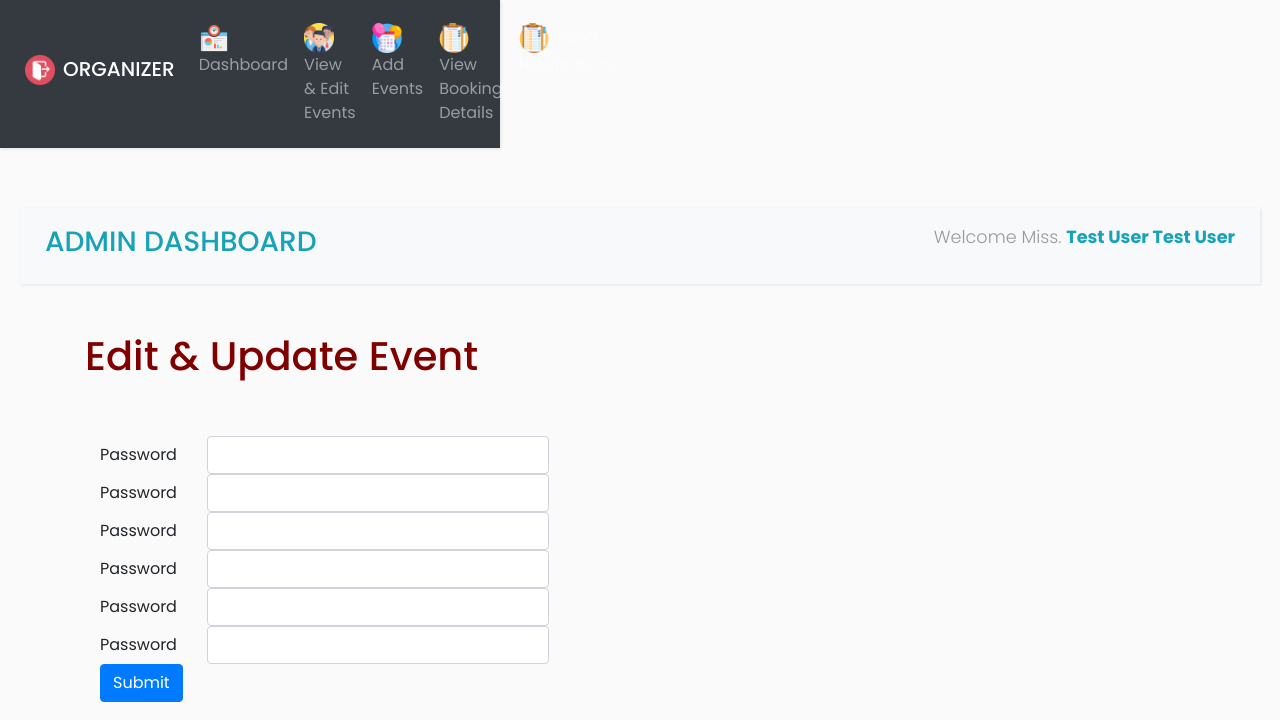
Repository: kalaprabhakar/Event_Management
Page: http://localhost/Event_Management_System/WEB-INF/pages/update_event.jsp
The author's editor kept a copy of each file at every save. The page is drawn from the files as they stood at one save, then again after the next save.
The browser window is 1280 px wide. The pictures show the whole page.
An inner scrolling area shows only its first screen. Some web libraries are served in a nearby version. The page is served by Tomcat 10. The session is filled in as if someone had signed in: {"Admin_firstname": "Test User", "Admin_lastname": "Test User", "Admin_email": "test@example.com", "Admin_phone": 1, "Admin_address": 1, "Admin_gender": 1, "Admin_id": 1, "Admin_role": "admin", "User_firstname": "Test User", "User_lastname": "Test User", "User_email": "test@example.com", "User_phone": 1, "User_address": 1, "User_gender": 1, "User_id": 1, "User_role": "admin"}. Other server files are loaded and not shown. The template is opened directly, without the code that normally fills it, so the values that code supplies are empty.

Above is the page before, as saved 2024-05-10 11:56:41.

### Hyscaler/Event_Management_System/src/main/webapp/WEB-INF/pages/update_event.jsp
<%@ taglib uri="http://java.sun.com/jsp/jstl/core" prefix="c"%>
<%
if (session.getAttribute("Admin_email") == null) {
	response.sendRedirect("/login");
} else {
%>
<jsp:include page="includes/header.jsp" />

<jsp:include page="includes/organizerNav.jsp" />

<style>
.card:hover {
	transform: scale(1.05);
	box-shadow: 0 10px 20px rgba(0, 0, 0, .12), 0 4px 8px rgba(0, 0, 0, .06);
	transition: 0.3s ease-in-out;
	cursor: pointer;
}
</style>



<!-- Page Content  -->
<div id="content">

	<nav class="navbar navbar-expand-lg navbar-light bg-light">
		<div class="container-fluid">

			<div>
				<h3 class="text-info">ADMIN DASHBOARD</h3>
			</div>
			<div>
				<p>
					Welcome
					<%
				if (session.getAttribute("Admin_gender").equals("male")) {
				%>
					Mr.
					<%
				} else {
				%>
					Miss.
					<%
				}
				%>
					<span class="font-weight-bold text-info">${Admin_firstname}
						${Admin_lastname}</span>
				</p>
			</div>
		</div>
	</nav>

	<section class="container ">
		<div class="container">
			<div class="row align-items-center my-5">
				<h1 style="text-align: center; color: maroon;">Edit & Update Event</h1>
			</div>
			<!-- For Demo Purpose -->
			<div class="col-md-12 col-lg-6 col-sm-12 mb-5">
				<!-- <img src="assets/picture/icons/thumbs-up.png" alt="" class="img-fluid mb-3 d-none d-md-block"> -->

			</div>


			<!-- update Event -->

			<form>
				<div class="row g-3 align-items-center">
					<div class="col-auto">
						<label for="inputPassword6" class="col-form-label">Password</label>
					</div>
					<div class="col-auto">
						<input type="password" id="inputPassword6" class="form-control"
							aria-describedby="passwordHelpInline">
					</div>

				</div>
				<div class="row g-3 align-items-center">
					<div class="col-auto">
						<label for="inputPassword6" class="col-form-label">Password</label>
					</div>
					<div class="col-auto">
						<input type="password" id="inputPassword6" class="form-control"
							aria-describedby="passwordHelpInline">
					</div>

				</div>
				<div class="row g-3 align-items-center">
					<div class="col-auto">
						<label for="inputPassword6" class="col-form-label">Password</label>
					</div>
					<div class="col-auto">
						<input type="password" id="inputPassword6" class="form-control"
							aria-describedby="passwordHelpInline">
					</div>

				</div>
				<div class="row g-3 align-items-center">
					<div class="col-auto">
						<label for="inputPassword6" class="col-form-label">Password</label>
					</div>
					<div class="col-auto">
						<input type="password" id="inputPassword6" class="form-control"
							aria-describedby="passwordHelpInline">
					</div>

				</div>
				<div class="row g-3 align-items-center">
					<div class="col-auto">
						<label for="inputPassword6" class="col-form-label">Password</label>
					</div>
					<div class="col-auto">
						<input type="password" id="inputPassword6" class="form-control"
							aria-describedby="passwordHelpInline">
					</div>

				</div>
				<div class="row g-3 align-items-center">
					<div class="col-auto">
						<label for="inputPassword6" class="col-form-label">Password</label>
					</div>
					<div class="col-auto">
						<input type="password" id="inputPassword6" class="form-control"
							aria-describedby="passwordHelpInline">
					</div>

				</div>

				<button type="submit" class="btn btn-primary">Submit</button>
			</form>





		</div>
</div>



</section>





<%
}
%>

### Hyscaler/Event_Management_System/src/main/webapp/WEB-INF/pages/includes/header.jsp

<%@ page language="java" contentType="text/html; charset=ISO-8859-1"
	pageEncoding="ISO-8859-1"%>
<%@ taglib prefix="c" uri="http://java.sun.com/jsp/jstl/core"%>
<!DOCTYPE html>
<html>
<head>
<meta charset="ISO-8859-1">
<title>Event Management System</title>
<!--  Bootstrap CSS -->
<link rel="stylesheet"
	href="https://cdn.jsdelivr.net/npm/bootstrap@4.6.1/dist/css/bootstrap.min.css"
	integrity="sha384-zCbKRCUGaJDkqS1kPbPd7TveP5iyJE0EjAuZQTgFLD2ylzuqKfdKlfG/eSrtxUkn"
	crossorigin="anonymous">

<!-- FontAwesome -->
<link rel="stylesheet"
	href="https://pro.fontawesome.com/releases/v5.10.0/css/all.css" />
<link rel="stylesheet"
	href="https://cdnjs.cloudflare.com/ajax/libs/font-awesome/6.5.2/css/all.min.css"
	integrity="sha512-SnH5WK+bZxgPHs44uWIX+LLJAJ9/2PkPKZ5QiAj6Ta86w+fsb2TkcmfRyVX3pBnMFcV7oQPJkl9QevSCWr3W6A=="
	crossorigin="anonymous" referrerpolicy="no-referrer" />

<!-- Google Fonts -->
<link rel="preconnect" href="https://fonts.googleapis.com">
<link rel="preconnect" href="https://fonts.gstatic.com" crossorigin>
<link
	href="https://fonts.googleapis.com/css2?family=Poppins&display=swap"
	rel="stylesheet">

<!-- stylesheet -->




<script
	src="https://cdn.jsdelivr.net/npm/jquery@3.5.1/dist/jquery.slim.min.js"
	integrity="sha384-DfXdz2htPH0lsSSs5nCTpuj/zy4C+OGpamoFVy38MVBnE+IbbVYUew+OrCXaRkfj"
	crossorigin="anonymous"></script>
<script
	src="https://cdn.jsdelivr.net/npm/bootstrap@4.6.1/dist/js/bootstrap.bundle.min.js"
	integrity="sha384-fQybjgWLrvvRgtW6bFlB7jaZrFsaBXjsOMm/tB9LTS58ONXgqbR9W8oWht/amnpF"
	crossorigin="anonymous"></script>

<link rel="stylesheet" href="../../assets/css/home.css" />
<link rel="stylesheet" href="../../assets/css/admin.css" />
<link rel="stylesheet" href="../../assets/css/card.css" />

</head>
<body>

### Hyscaler/Event_Management_System/src/main/webapp/WEB-INF/pages/includes/organizerNav.jsp
        <nav id="sidebar" class="navbar navbar-expand-lg navbar-dark bg-dark">
  <div  class="container-fluid">
   <h3><a class="navbar-brand" href="#"><img src="images/logout.png" class="mr-2" width="30" height="30">ORGANIZER</a></h3>
    <button class="navbar-toggler" type="button" data-bs-toggle="collapse" data-bs-target="#navbarNavAltMarkup" aria-controls="navbarNavAltMarkup" aria-expanded="false" aria-label="Toggle navigation">
      <span class="navbar-toggler-icon"></span>
    </button>
    <div class="collapse navbar-collapse" id="navbarTogglerDemo02">
      <div class="navbar-nav">
        <a class="nav-link " aria-current="page" href="organizer_home"><img src="images/dashboard.png" class="mr-2" width="30" height="30" >Dashboard</a>
        <a class="nav-link" href="editevent"><img src="images/userlist.png" class="mr-2" width="30" height="30">View & Edit Events</a>
        <a class="nav-link" href="addevent"><img src="images/event.png" class="mr-2" width="30" height="30" >Add Events</a>
        <a class="nav-link" href="#"><img src="images/bookingdetails.png" class="mr-2" width="30" height="30" >View Booking Details</a>
        <a class="nav-link" href="#"><img src="images/bookingdetails.png" class="mr-2" width="30" height="30" >Send Notifications</a>


      </div>
    </div>
  </div>
</nav>

### Hyscaler/Event_Management_System/src/main/webapp/all_css/home.css
html,body{
    width:100%;
    height:100%;
    padding:0%;
    margin:0%;
    scroll-behavior: smooth;
    font-family: 'Poppins', sans-serif;
    overflow-x:hidden;
}



/* ===== FOOTER =====*/
.footer{
background-color: #0E2431;
color: #fff;
text-align: center;
font-weight: 600;
padding: 2rem 0;
margin-right:-25px;
}
.footer_title{
font-size: 2rem;
margin-bottom: 2rem;
}
.footer_social{
margin-bottom: 2rem;
}
.footer_icon{
font-size: 1.5rem;
color: #fff;
margin: 0 1rem;
}
.footer_icon:hover{
  color:#048dfe;
}

### Hyscaler/Event_Management_System/src/main/webapp/all_css/admin.css
/*
    DEMO STYLE
*/

@import "https://fonts.googleapis.com/css?family=Poppins:300,400,500,600,700";
body {
    font-family: 'Poppins', sans-serif;
    background: #fafafa;
}

p {
    font-family: 'Poppins', sans-serif;
    font-size: 1.1em;
    font-weight: 300;
    line-height: 1.7em;
    color: #999;
}

a,
a:hover,
a:focus {
    color: inherit;
    text-decoration: none;
    transition: all 0.3s;
}

.navbar {
    padding: 15px 10px;
    background: #fff;
    border: none;
    border-radius: 0;
    margin-bottom: 40px;
    box-shadow: 1px 1px 3px rgba(0, 0, 0, 0.1);
}

.navbar-btn {
    box-shadow: none;
    outline: none !important;
    border: none;
}

.line {
    width: 100%;
    height: 1px;
    border-bottom: 1px dashed #ddd;
    margin: 40px 0;
}

/* ---------------------------------------------------
    SIDEBAR STYLE
----------------------------------------------------- */

.wrapper {
    display: flex;
    width: 100%;
    align-items: stretch;
}

#sidebar {
    min-width: 500px;
    max-width: 500px;
    /*background: #7386D5;*/
    color: #fff;
    transition: all 0.3s;
}

#sidebar.active {
    margin-left: -250px;
}

#sidebar .sidebar-header {
    padding: 20px;
    background: #5bc0de;
}

#sidebar ul.components {
    padding: 20px 0;
    border-bottom: 1px solid #5bc0de;
}

#sidebar ul p {
    color: #fff;
    padding: 10px;
}

#sidebar ul li a {
    padding: 10px;
    font-size: 1.1em;
    display: block;
}

#sidebar ul li a:hover {
    color: #5bc0de;
    background: #fff;
}

#sidebar ul li.active>a,
a[aria-expanded="true"] {
    color: #fff;
    background: #5bc0de;
}

a[data-toggle="collapse"] {
    position: relative;
}

.dropdown-toggle::after {
    display: block;
    position: absolute;
    top: 50%;
    right: 20px;
    transform: translateY(-50%);
}

ul ul a {
    font-size: 0.9em !important;
    padding-left: 30px !important;
    background: #5bc0de;
}

ul.CTAs {
    padding: 20px;
}

ul.CTAs a {
    text-align: center;
    font-size: 0.9em !important;
    display: block;
    border-radius: 5px;
    margin-bottom: 5px;
}

a.download {
    background: #fff;
    color: #5bc0de;
}

a.article,
a.article:hover {
    background: #5bc0de !important;
    color: #fff !important;
}

/* ---------------------------------------------------
    CONTENT STYLE
----------------------------------------------------- */

#content {
    width: 100%;
    padding: 20px;
    min-height: 100vh;
    transition: all 0.3s;
}

/* ---------------------------------------------------
    MEDIAQUERIES
----------------------------------------------------- */

@media (max-width: 768px) {
    #sidebar {
        margin-left: -250px;
    }
    #sidebar.active {
        margin-left: 0;
    }
    #sidebarCollapse span {
        display: none;
    }
}

### Hyscaler/Event_Management_System/src/main/webapp/all_css/card.css

.card-margin {
    margin-bottom: 1.875rem;
}

.card {
    border: 0;
    box-shadow: 0px 0px 10px 0px rgba(82, 63, 105, 0.1);
    -webkit-box-shadow: 0px 0px 10px 0px rgba(82, 63, 105, 0.1);
    -moz-box-shadow: 0px 0px 10px 0px rgba(82, 63, 105, 0.1);
    -ms-box-shadow: 0px 0px 10px 0px rgba(82, 63, 105, 0.1);
}
.card {
    position: relative;
    display: flex;
    flex-direction: column;
    min-width: 0;
    word-wrap: break-word;
    background-color: #ffffff;
    background-clip: border-box;
    border: 1px solid #e6e4e9;
    border-radius: 1rem;
}


.card .card-header.no-border {
    border: 0;
}
.card .card-header {
    background: none;
    padding: 0 0.9375rem;
    font-weight: 500;
    display: flex;
    align-items: center;
    min-height: 50px;
}
.card-header:first-child {
    border-radius: calc(8px - 1px) calc(8px - 1px) 0 0;
}

.widget-49 .widget-49-title-wrapper {
  display: flex;
  align-items: center;
}

.widget-49 .widget-49-title-wrapper .widget-49-date-primary {
  display: flex;
  align-items: center;
  justify-content: center;
  flex-direction: column;
  background-color: #edf1fc;
  width: 4rem;
  height: 4rem;
  border-radius: 50%;
}

.widget-49 .widget-49-title-wrapper .widget-49-date-primary .widget-49-date-day {
  color: #4e73e5;
  font-weight: 500;
  font-size: 1.5rem;
  line-height: 1;
}

.widget-49 .widget-49-title-wrapper .widget-49-date-primary .widget-49-date-month {
  color: #4e73e5;
  line-height: 1;
  font-size: 1rem;
  text-transform: uppercase;
}

.widget-49 .widget-49-title-wrapper .widget-49-date-secondary {
  display: flex;
  align-items: center;
  justify-content: center;
  flex-direction: column;
  background-color: #fcfcfd;
  width: 4rem;
  height: 4rem;
  border-radius: 50%;
}

.widget-49 .widget-49-title-wrapper .widget-49-date-secondary .widget-49-date-day {
  color: #dde1e9;
  font-weight: 500;
  font-size: 1.5rem;
  line-height: 1;
}

.widget-49 .widget-49-title-wrapper .widget-49-date-secondary .widget-49-date-month {
  color: #dde1e9;
  line-height: 1;
  font-size: 1rem;
  text-transform: uppercase;
}

.widget-49 .widget-49-title-wrapper .widget-49-date-success {
  display: flex;
  align-items: center;
  justify-content: center;
  flex-direction: column;
  background-color: #e8faf8;
  width: 4rem;
  height: 4rem;
  border-radius: 50%;
}

.widget-49 .widget-49-title-wrapper .widget-49-date-success .widget-49-date-day {
  color: #17d1bd;
  font-weight: 500;
  font-size: 1.5rem;
  line-height: 1;
}

.widget-49 .widget-49-title-wrapper .widget-49-date-success .widget-49-date-month {
  color: #17d1bd;
  line-height: 1;
  font-size: 1rem;
  text-transform: uppercase;
}

.widget-49 .widget-49-title-wrapper .widget-49-date-info {
  display: flex;
  align-items: center;
  justify-content: center;
  flex-direction: column;
  background-color: #ebf7ff;
  width: 4rem;
  height: 4rem;
  border-radius: 50%;
}

.widget-49 .widget-49-title-wrapper .widget-49-date-info .widget-49-date-day {
  color: #36afff;
  font-weight: 500;
  font-size: 1.5rem;
  line-height: 1;
}

.widget-49 .widget-49-title-wrapper .widget-49-date-info .widget-49-date-month {
  color: #36afff;
  line-height: 1;
  font-size: 1rem;
  text-transform: uppercase;
}

.widget-49 .widget-49-title-wrapper .widget-49-date-warning {
  display: flex;
  align-items: center;
  justify-content: center;
  flex-direction: column;
  background-color: floralwhite;
  width: 4rem;
  height: 4rem;
  border-radius: 50%;
}

.widget-49 .widget-49-title-wrapper .widget-49-date-warning .widget-49-date-day {
  color: #FFC868;
  font-weight: 500;
  font-size: 1.5rem;
  line-height: 1;
}

.widget-49 .widget-49-title-wrapper .widget-49-date-warning .widget-49-date-month {
  color: #FFC868;
  line-height: 1;
  font-size: 1rem;
  text-transform: uppercase;
}

.widget-49 .widget-49-title-wrapper .widget-49-date-danger {
  display: flex;
  align-items: center;
  justify-content: center;
  flex-direction: column;
  background-color: #feeeef;
  width: 4rem;
  height: 4rem;
  border-radius: 50%;
}

.widget-49 .widget-49-title-wrapper .widget-49-date-danger .widget-49-date-day {
  color: #F95062;
  font-weight: 500;
  font-size: 1.5rem;
  line-height: 1;
}

.widget-49 .widget-49-title-wrapper .widget-49-date-danger .widget-49-date-month {
  color: #F95062;
  line-height: 1;
  font-size: 1rem;
  text-transform: uppercase;
}

.widget-49 .widget-49-title-wrapper .widget-49-date-light {
  display: flex;
  align-items: center;
  justify-content: center;
  flex-direction: column;
  background-color: #fefeff;
  width: 4rem;
  height: 4rem;
  border-radius: 50%;
}

.widget-49 .widget-49-title-wrapper .widget-49-date-light .widget-49-date-day {
  color: #f7f9fa;
  font-weight: 500;
  font-size: 1.5rem;
  line-height: 1;
}

.widget-49 .widget-49-title-wrapper .widget-49-date-light .widget-49-date-month {
  color: #f7f9fa;
  line-height: 1;
  font-size: 1rem;
  text-transform: uppercase;
}

.widget-49 .widget-49-title-wrapper .widget-49-date-dark {
  display: flex;
  align-items: center;
  justify-content: center;
  flex-direction: column;
  background-color: #ebedee;
  width: 4rem;
  height: 4rem;
  border-radius: 50%;
}

.widget-49 .widget-49-title-wrapper .widget-49-date-dark .widget-49-date-day {
  color: #394856;
  font-weight: 500;
  font-size: 1.5rem;
  line-height: 1;
}

.widget-49 .widget-49-title-wrapper .widget-49-date-dark .widget-49-date-month {
  color: #394856;
  line-height: 1;
  font-size: 1rem;
  text-transform: uppercase;
}

.widget-49 .widget-49-title-wrapper .widget-49-date-base {
  display: flex;
  align-items: center;
  justify-content: center;
  flex-direction: column;
  background-color: #f0fafb;
  width: 4rem;
  height: 4rem;
  border-radius: 50%;
}

.widget-49 .widget-49-title-wrapper .widget-49-date-base .widget-49-date-day {
  color: #68CBD7;
  font-weight: 500;
  font-size: 1.5rem;
  line-height: 1;
}

.widget-49 .widget-49-title-wrapper .widget-49-date-base .widget-49-date-month {
  color: #68CBD7;
  line-height: 1;
  font-size: 1rem;
  text-transform: uppercase;
}

.widget-49 .widget-49-title-wrapper .widget-49-meeting-info {
  display: flex;
  flex-direction: column;
  margin-left: 1rem;
}

.widget-49 .widget-49-title-wrapper .widget-49-meeting-info .widget-49-pro-title {
  color: #3c4142;
  font-size: 14px;
}

.widget-49 .widget-49-title-wrapper .widget-49-meeting-info .widget-49-meeting-time {
  color: #B1BAC5;
  font-size: 13px;
}

.widget-49 .widget-49-meeting-points {
  font-weight: 400;
  font-size: 13px;
  margin-top: .5rem;
}

.widget-49 .widget-49-meeting-points .widget-49-meeting-item {
  display: list-item;
  color: #727686;
}

.widget-49 .widget-49-meeting-points .widget-49-meeting-item span {
  margin-left: .5rem;
}

.widget-49 .widget-49-meeting-action {
  text-align: right;
}

.widget-49 .widget-49-meeting-action a {
  text-transform: uppercase;
}


.time {
	position: relative;
  margin-left: 1em;
}


.time span {
	font-size: 12px;
	color: #bebebe;
	line-height: 25px;
}


 .time a span {
	padding: 5px 10px;
    border-radius: 4px;
    line-height: 10px;
    font-size: 12px;
}

After the next save:
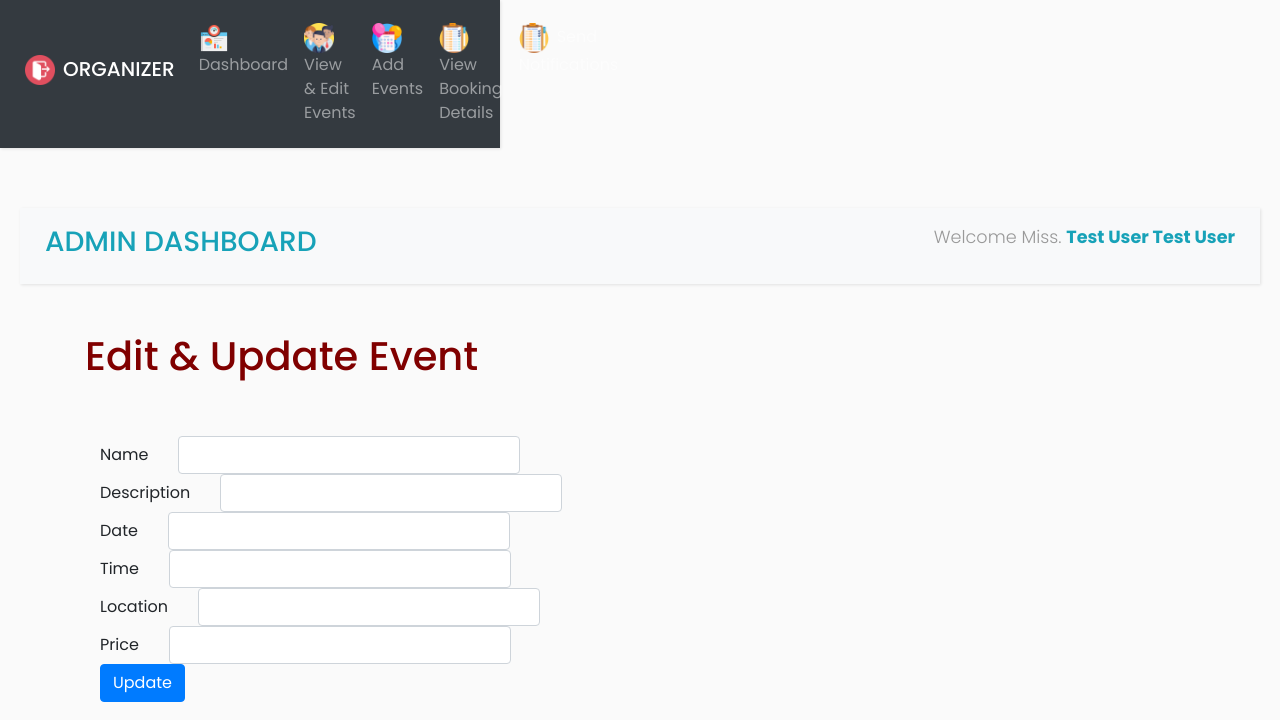
Saved 2 min 8 s later.
--- a/Hyscaler/Event_Management_System/src/main/webapp/WEB-INF/pages/update_event.jsp
+++ b/Hyscaler/Event_Management_System/src/main/webapp/WEB-INF/pages/update_event.jsp
@@ -66,7 +66,7 @@ if (session.getAttribute("Admin_email") == null) {
 			<form>
 				<div class="row g-3 align-items-center">
 					<div class="col-auto">
-						<label for="inputPassword6" class="col-form-label">Password</label>
+						<label for="inputPassword6" class="col-form-label">Name</label>
 					</div>
 					<div class="col-auto">
 						<input type="password" id="inputPassword6" class="form-control"
@@ -76,7 +76,7 @@ if (session.getAttribute("Admin_email") == null) {
 				</div>
 				<div class="row g-3 align-items-center">
 					<div class="col-auto">
-						<label for="inputPassword6" class="col-form-label">Password</label>
+						<label for="inputPassword6" class="col-form-label">Description</label>
 					</div>
 					<div class="col-auto">
 						<input type="password" id="inputPassword6" class="form-control"
@@ -86,7 +86,7 @@ if (session.getAttribute("Admin_email") == null) {
 				</div>
 				<div class="row g-3 align-items-center">
 					<div class="col-auto">
-						<label for="inputPassword6" class="col-form-label">Password</label>
+						<label for="inputPassword6" class="col-form-label">Date</label>
 					</div>
 					<div class="col-auto">
 						<input type="password" id="inputPassword6" class="form-control"
@@ -96,7 +96,7 @@ if (session.getAttribute("Admin_email") == null) {
 				</div>
 				<div class="row g-3 align-items-center">
 					<div class="col-auto">
-						<label for="inputPassword6" class="col-form-label">Password</label>
+						<label for="inputPassword6" class="col-form-label">Time</label>
 					</div>
 					<div class="col-auto">
 						<input type="password" id="inputPassword6" class="form-control"
@@ -106,7 +106,7 @@ if (session.getAttribute("Admin_email") == null) {
 				</div>
 				<div class="row g-3 align-items-center">
 					<div class="col-auto">
-						<label for="inputPassword6" class="col-form-label">Password</label>
+						<label for="inputPassword6" class="col-form-label">Location</label>
 					</div>
 					<div class="col-auto">
 						<input type="password" id="inputPassword6" class="form-control"
@@ -116,7 +116,7 @@ if (session.getAttribute("Admin_email") == null) {
 				</div>
 				<div class="row g-3 align-items-center">
 					<div class="col-auto">
-						<label for="inputPassword6" class="col-form-label">Password</label>
+						<label for="inputPassword6" class="col-form-label">Price</label>
 					</div>
 					<div class="col-auto">
 						<input type="password" id="inputPassword6" class="form-control"
@@ -125,7 +125,7 @@ if (session.getAttribute("Admin_email") == null) {
 
 				</div>
 
-				<button type="submit" class="btn btn-primary">Submit</button>
+				<button type="submit" class="btn btn-primary">Update</button>
 			</form>
 
 
